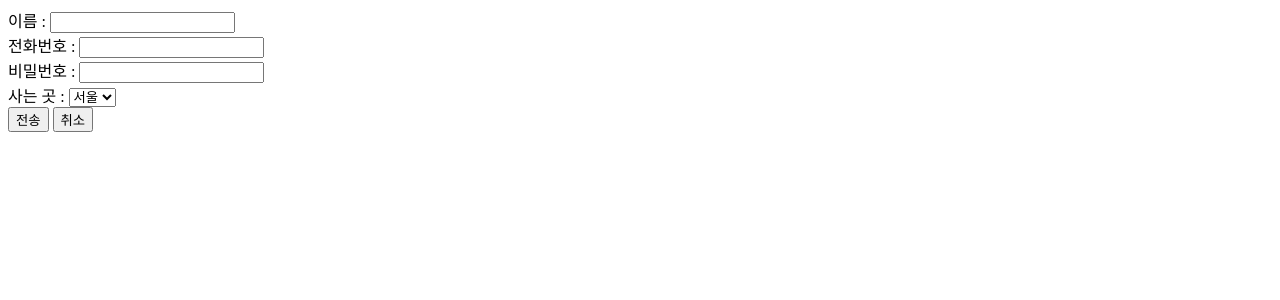
Repository: sungeunbyeol/Nowon-ezen-jsp
Page: test/WebContent/test10.html
These files come from the project's save history. The page is drawn as it stood at one moment and after the next save; the edit follows.
The browser window is 1280 px wide. The pictures show the whole page.

Above is the page before, as saved 2021-11-02 06:16:14.

### test/WebContent/test10.html
<!DOCTYPE html>
<html>
<head>
<meta charset="EUC-KR">
<title>Insert title here</title>
</head>
<body>
	<form name="f" action="result.jsp" method="post">
		이름 : <input type="text" name="name"><br>
		전화번호 : <input type="text" name="tel"><br>
		비밀번호 : <input type="password" name="pwd"><br>
		사는 곳 : <select name="addr">
			<option value="seoul">서울</option>
			<option value="busan">부산</option>
			<option value="daegu">대구</option>
		</select><br>
		<input type="submit" value="전송">
		<input type="reset" value="취소">
	</form>
</body>
</html>

After the next save:
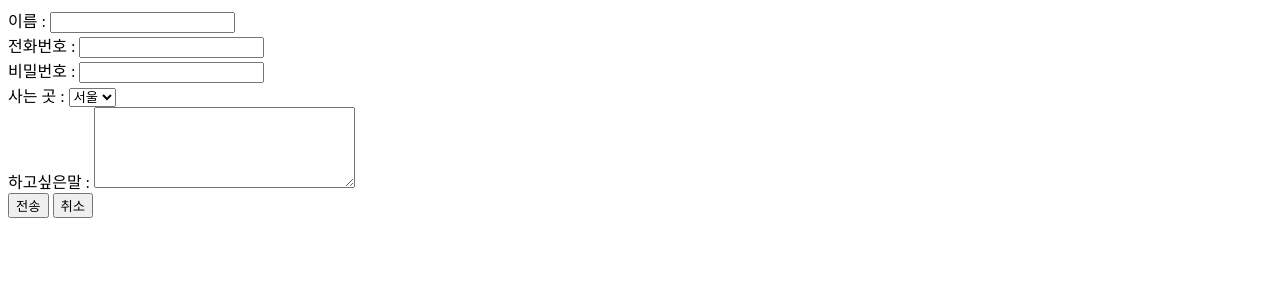
Saved 3 min 22 s later.
--- a/test/WebContent/test10.html
+++ b/test/WebContent/test10.html
@@ -14,6 +14,8 @@
 			<option value="busan">부산</option>
 			<option value="daegu">대구</option>
 		</select><br>
+		하고싶은말 :
+		<textarea name="content" rows="5" cols="30"></textarea><br>
 		<input type="submit" value="전송">
 		<input type="reset" value="취소">
 	</form>
